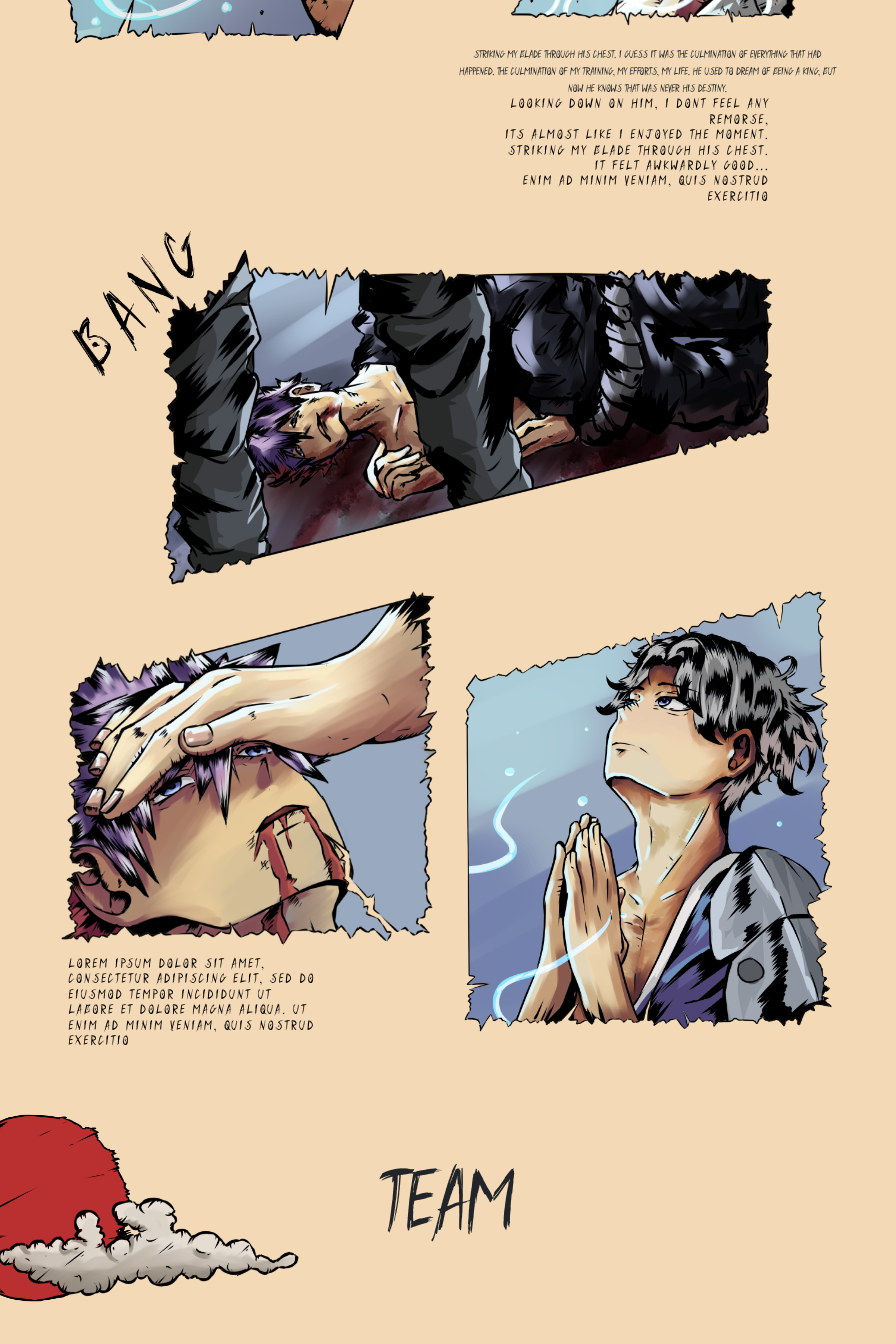
Repository: abzStudio/Kabuto-Web-notCompeleted
Page: index.html
An editor plug-in stored every save of this project. The page is shown before and after the next save, followed by the edit.
The browser window is 1280 px wide. The pictures show the part of the page from y = 1464 to 3384 px (the page is 4703 px tall before and 4725 px after), at 70% of full size.
Some web libraries are served in a nearby version.

Above is the page before, as saved 2023-03-16 03:01:47.

After the next save:
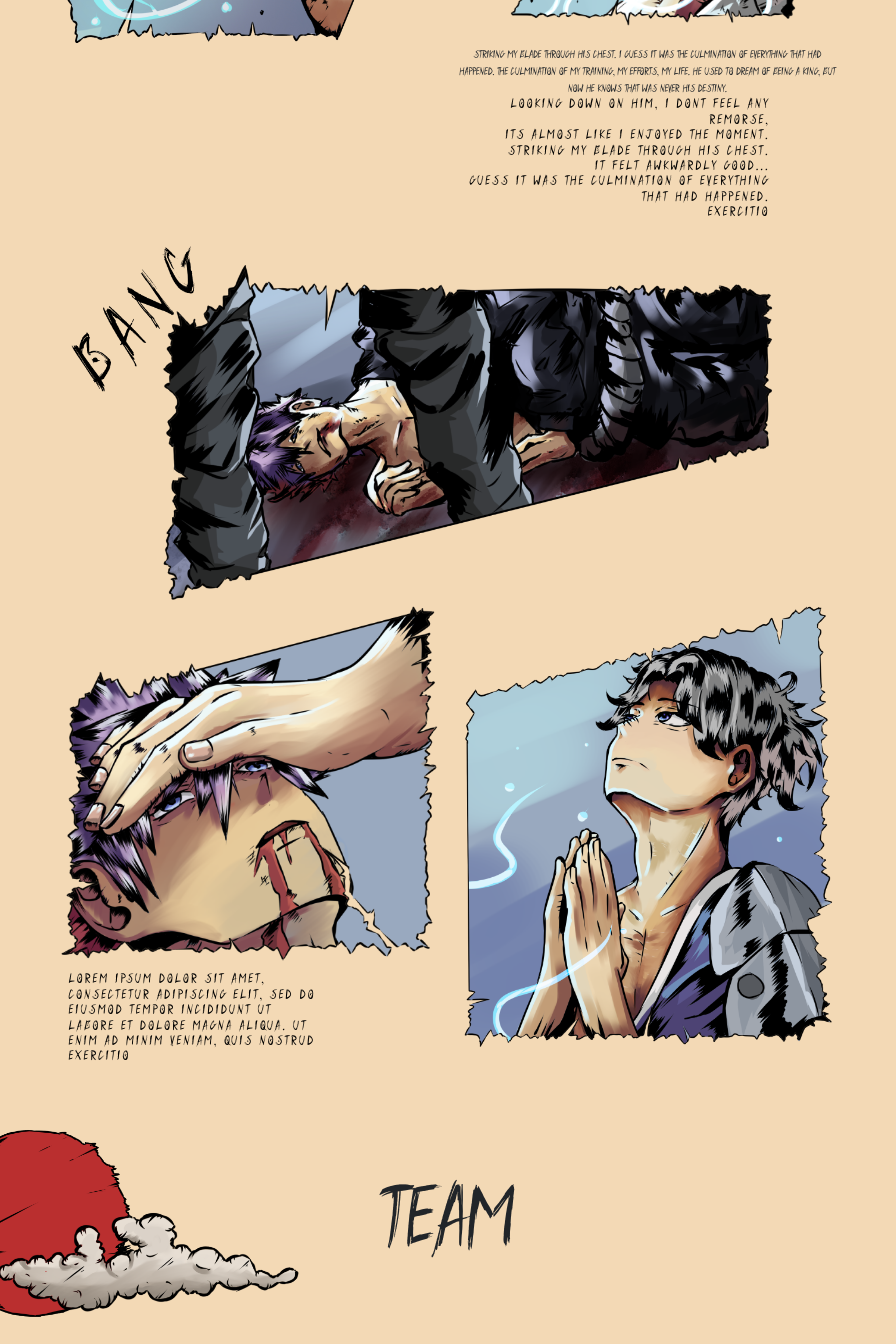
Saved 10 s later.
--- a/index.html
+++ b/index.html
@@ -82,7 +82,7 @@
                 Striking my blade through his chest.  I guess it was the culmination of everything that had happened. The culmination of my training, my efforts, my life.  He used to dream of being a king, but now he knows that was never his destiny.
                 <p class="text_p"> Looking down on him, I dont feel any remorse, <br/>  its almost like I enjoyed the moment. <br/>
                   Striking my blade through his chest. <br/> It felt awkwardly good...<br/>
-                     enim ad minim veniam, quis nostrud <br/>exercitio</p>
+                  guess it was the culmination of everything that had happened. <br/>exercitio</p>
 </div>
             </div>
         </div>
